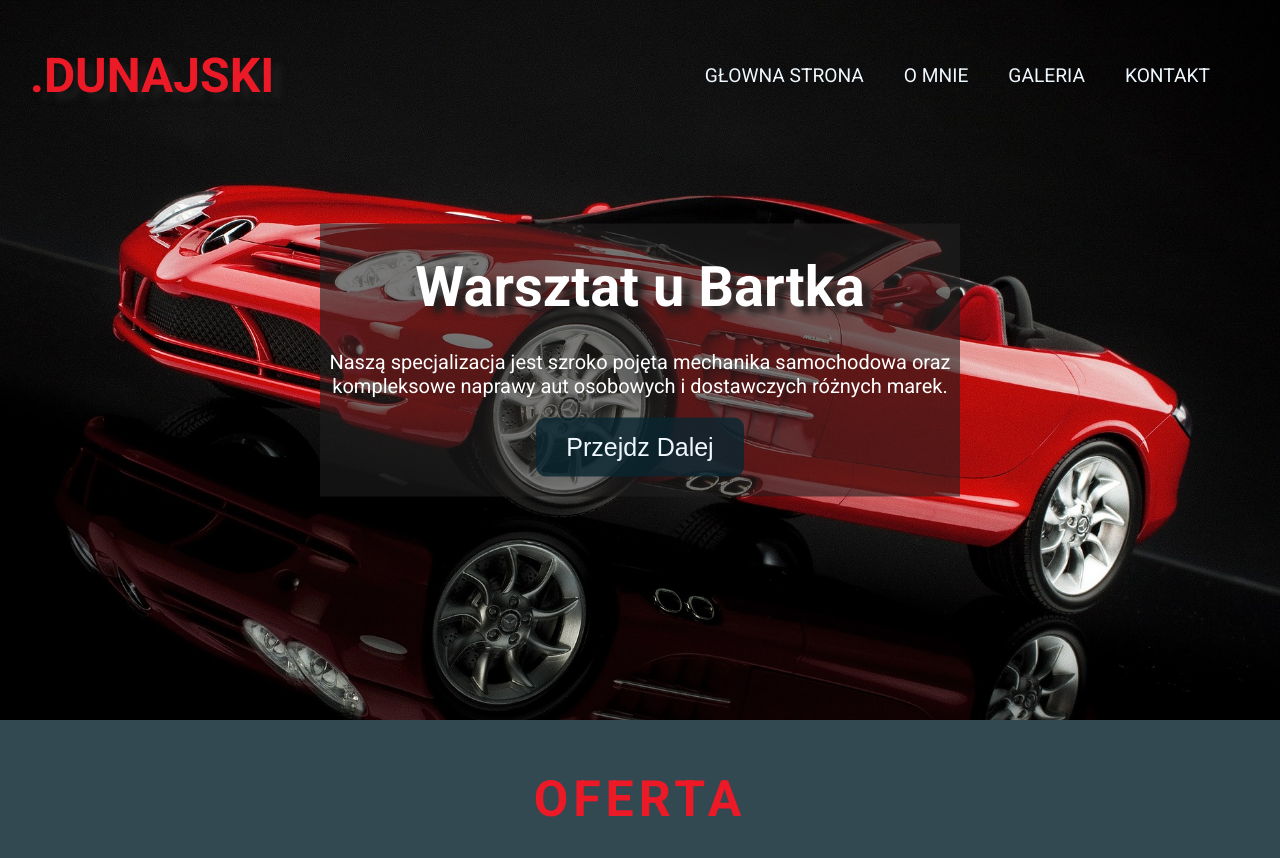
Repository: emas130/car-workshop-website
Page: index.html
An editor plug-in stored every save of this project. The page is shown before and after the next save, followed by the edit.
The browser window is 1280 px wide. The pictures show the part of the page from y = 0 to 858 px (the page is 1578 px tall).
A picture or video elsewhere on the page could not be fetched, so the positions and the page height are approximate. Some web libraries are served in a nearby version.

Above is the page before, as saved 2018-09-27 19:16:58.

### index.html
<!DOCTYPE html>
<html lang="pl">
<head>
<meta name="viewport" content="width=device-width, initial-scale=1.0">
	<meta charset="UTF-8">
	<title>Document</title>
	<link rel="stylesheet" href="https://use.fontawesome.com/releases/v5.3.1/css/all.css" integrity="sha384-mzrmE5qonljUremFsqc01SB46JvROS7bZs3IO2EmfFsd15uHvIt+Y8vEf7N7fWAU" crossorigin="anonymous">
	<link rel="stylesheet" href="style.css">
</head>

<body>
	<header>
		<div class="logo">.DUNAJSKI</div>
		<nav>
			<ul>
				<li class="active"><a href="">Głowna Strona</a></li>
				<li><a href="">O mnie </a></li>
				<li><a href=""> Galeria</a></li>
				<li><a href=""> Kontakt</a></li>
			</ul>
		</nav>
		<div class="menu-toggle">
			<i class="fa fa-bars" aria-hidden="true"></i>
		</div>
	</header>
	<section class="jumbotron">
		<div class="slogan">
			<h2>Warsztat u Bartka</h2>
			<p>Naszą specjalizacja jest szroko pojęta mechanika samochodowa oraz kompleksowe naprawy aut osobowych i dostawczych różnych marek. </p>
			<button>Przejdz Dalej</button>
		</div>
	</section>
	<div class="wraper">
		<h1>Oferta</h1>
		<div class="container">
			<div class="box">
				<div class="imgBox">
					<img src="img/car-1.jpg" alt="klucze">
				</div>
				<div class="content">
					<h2>Zawieszenie</h2>
					<p>Lorem ipsum dolor sit amet, consectetur adipisicing elit. Laboriosam quibusdam culpa magnam animi quam explicabo dolorum, illo dolorem, dolor necessitatibus.</p>
				</div>
			</div>
			<div class="box">
				<div class="imgBox">
					<img src="img/car-2.jpg" alt="klucze">
				</div>
				<div class="content">
					<h2>Wymiana Chamulcy</h2>
					<p>Lorem ipsum dolor sit amet, consectetur adipisicing elit. Laboriosam quibusdam culpa magnam animi quam explicabo dolorum, illo dolorem, dolor necessitatibus.</p>
				</div>
			</div>
			<div class="box">
				<div class="imgBox">
					<img src="img/car-1.jpg" alt="klucze">
				</div>
				<div class="content">
					<h2>Mechanika Pojazdu</h2>
					<p>Lorem ipsum dolor sit amet, consectetur adipisicing elit. Laboriosam quibusdam culpa magnam animi quam explicabo dolorum, illo dolorem, dolor necessitatibus.</p>
				</div>
			</div>
			<div class="box">
				<div class="imgBox">
					<img src="img/car-4.jpg" alt="klucze">
				</div>
				<div class="content">
					<h2>Mechanika Pojazdu</h2>
					<p>Lorem ipsum dolor sit amet, consectetur adipisicing elit. Laboriosam quibusdam culpa magnam animi quam explicabo dolorum, illo dolorem, dolor necessitatibus.</p>
				</div>
			</div>
			<div class="box">
				<div class="imgBox">
					<img src="img/car-5.jpg" alt="klucze">
				</div>
				<div class="content">
					<h2>Mechanika Pojazdu</h2>
					<p>Lorem ipsum dolor sit amet, consectetur adipisicing elit. Laboriosam quibusdam culpa magnam animi quam explicabo dolorum, illo dolorem, dolor necessitatibus.</p>
				</div>
			</div>
			<div class="box">
				<div class="imgBox">
					<img src="img/car-4.jpg" alt="klucze">
				</div>
				<div class="content">
					<h2>Mechanika Pojazdu</h2>
					<p>Lorem ipsum dolor sit amet, consectetur adipisicing elit. Laboriosam quibusdam culpa magnam animi quam explicabo dolorum, illo dolorem, dolor necessitatibus.</p>
				</div>
			</div>

		</div>
	</div>

	<footer>Copywriting &copy; Bartosz Dunajski</footer>
	<script src="https://code.jquery.com/jquery-3.3.1.js">
	</script>
	<script type="text/javascript">
		// Menu rwd
		$(document).ready(function() {
			$('.menu-toggle').click(function() {
				$('nav').toggleClass('active')
			})
		});

		$('.jumbotron').mousemove(function(e) {
			var moveX = (e.pageX *  -1 /15);
			var moveY = (e.pageY *  -1 /15);
			$(this).css('background-position', moveX + 'px '+  moveY + 'px')
		})
	</script>
</body>

</html>

### style.css
@import url("https://fonts.googleapis.com/css?family=Open+Sans:300, 400,800|Roboto:300,400,700");

* {
	margin: 0;
	padding: 0;
	-webkit-box-sizing: border-box;
	box-sizing: border-box;
}

body {
	font-family: 'Roboto';
	color: white;
	background: rgba(128, 128, 128, 0.21);
}

header {
	position: absolute;
	top: 5%;
	left: 0;
	width: 100%;
	padding-right: 50px;
	font-size: 1.2em;
}

header .logo {
	height: 80px;
	line-height: 80px;
	font-weight: bold;
	float: left;
	margin-left: 30px;
	font-size: 2.5em;
	text-shadow: 9px 7px 7px #1f1d1d;
	color: #ec1927;
}

header nav ul {
	padding: 0;
	margin: 0;
	display: -webkit-box;
	display: -ms-flexbox;
	display: flex;
	-webkit-box-pack: end;
	-ms-flex-pack: end;
	float: right;
}

header nav ul li {
	list-style: none;
}

header nav ul li a {
	color: aliceblue;
	height: 80px;
	line-height: 80px;
	text-decoration: none;
	padding: 2px 20px;
	text-transform: uppercase;
	transition: 0.5s;
}

header nav ul li a:hover {
	background: #ec1927;
}

.menu-toggle {
	display: none;
	float: right;
	cursor: pointer;
	line-height: 80px;
	font-size: 25px;
}
.jumbotron {
	background-image: url(img/mercedes-1391783_1920.jpg);
	background-size: cover;
	background-position: center top;
	height: 100vh;
	overflow: hidden;
	transition: 0.2s;
}

.slogan {
	position: absolute;
	top: 50%;
	left: 50%;
	-webkit-transform: translate(-50%, -50%);
	transform: translate(-50%, -50%);
	text-align: center;
	background: rgba(33, 30, 30, 0.6);
}

.slogan p {
	font-size: 20px;
}

.slogan h2 {
	font-size: 3.5em;
	text-shadow: 9px 7px 7px #1f1d1d;
	padding: 30px;
}

button {
	font-size: 25px;
	border: none;
	padding: 15px 30px;
	border-radius: 10px;
	background: rgba(9, 37, 48, 0.81);
	color: aliceblue;
	margin: 20px;
}

.wraper {
	margin: 0 auto;
	text-align: center;
	background: rgba(9, 37, 48, 0.81);
}

.wraper h1 {
	font-size: 50px;
	letter-spacing: 5px;
	padding-top: 50px;
	color: #ec1927;
	text-transform: uppercase;
}

.container {
	position: relative;
	max-width: 1200px;
	height: 600px;
	margin: 50px auto 0;
}


.container .box {
	position: relative;
	width: 370px;
	background: #262626;
	float: left;
	-webkit-box-sizing: border-box;
	box-sizing: border-box;
	margin: 15px;
	overflow: hidden;
	-webkit-box-shadow: 0 5px 10px rgba(0, 0, 0, 0.8);
	box-shadow: 0 5px 10px rgba(0, 0, 0, 0.8);
}

.container .box::before {
	content: "";
	position: absolute;
	top: 10px;
	right: 10px;
	bottom: 10px;
	left: 10px;
	border-top: 1px solid #fff;
	border-bottom: 1px solid #fff;
	-webkit-transition: 0.9s;
	transition: 0.9s;
	-webkit-transform: scaleX(0);
	transform: scaleX(0);
	-webkit-box-sizing: border-box;
	box-sizing: border-box;
	opacity: 0;
	z-index: 1;
}

.container .box:hover:before {
	-webkit-transform: scale(1);
	transform: scale(1);
	opacity: 1;
}

.container .box::after {
	content: "";
	position: absolute;
	top: 10px;
	right: 10px;
	bottom: 10px;
	left: 10px;
	border-left: 1px solid #fff;
	border-right: 1px solid #fff;
	-webkit-transition: 0.9s;
	transition: 0.9s;
	-webkit-transform: scaleX(0);
	transform: scaleY(0);
	-webkit-box-sizing: border-box;
	box-sizing: border-box;
	opacity: 0;
	z-index: 1;
}

.container .box:hover:after {
	-webkit-transform: scaleY(1);
	transform: scale(1);
	opacity: 1;
}

.container .box .imgBox {
	position: relative;
}

.container .box .imgBox img {
	width: 100%;
	-webkit-transition: 0.5s;
	transition: 0.5s;
}

.container .box .content {
	position: absolute;
	width: 100%;
	top: 50%;
	transform: translateY(-50%);
	z-index: 2;
	padding: 20px;
	text-align: center;
}

.container .box .content h2 {
	margin: 30px;
	padding: 0;
	color: #fff;
	transition: 0.5s;
	transform: translateY(-50%);
	opacity: 0;
	visibility: hidden;
}

.container .box .content p {
	margin: 10px;
	padding: 0;
	color: #fff;
	transition: 0.5s;
	transform: translateY(-50%);
	opacity: 0;
	visibility: hidden;
}

.container .box:hover .content * {
	opacity: 1;
	visibility: visible;
}

.container .box:hover .imgBox img {
	opacity: 0.2;
	transform: scale(1.2);
}

footer {
	height: 100px;
	width: 100%;
	background: #ec1927;
	text-align: center;
	line-height: 100px;
	font-size: 25px;
}




@media(max-width: 768px) {

	header {
		padding: 0 20px;
	}
	.menu-toggle {
		display: block;
	}

	header nav {
		width: 100%;
		position: absolute;
		top: 80px;
		left: -100%;
		-webkit-transition: 0.5s;
		transition: 0.5s;
		background: #262626cc;
	}

	header nav.active {
		left: 0;
	}

	header nav ul {
		display: block;
		text-align: center;
		width: 100%;
		top: 0;
	}

	header nav ul li  {
		border-bottom: 3px solid rgba(22, 23, 23, 0.87);
	}

	.slogan {
		display: none;
	}
}

After the next save:
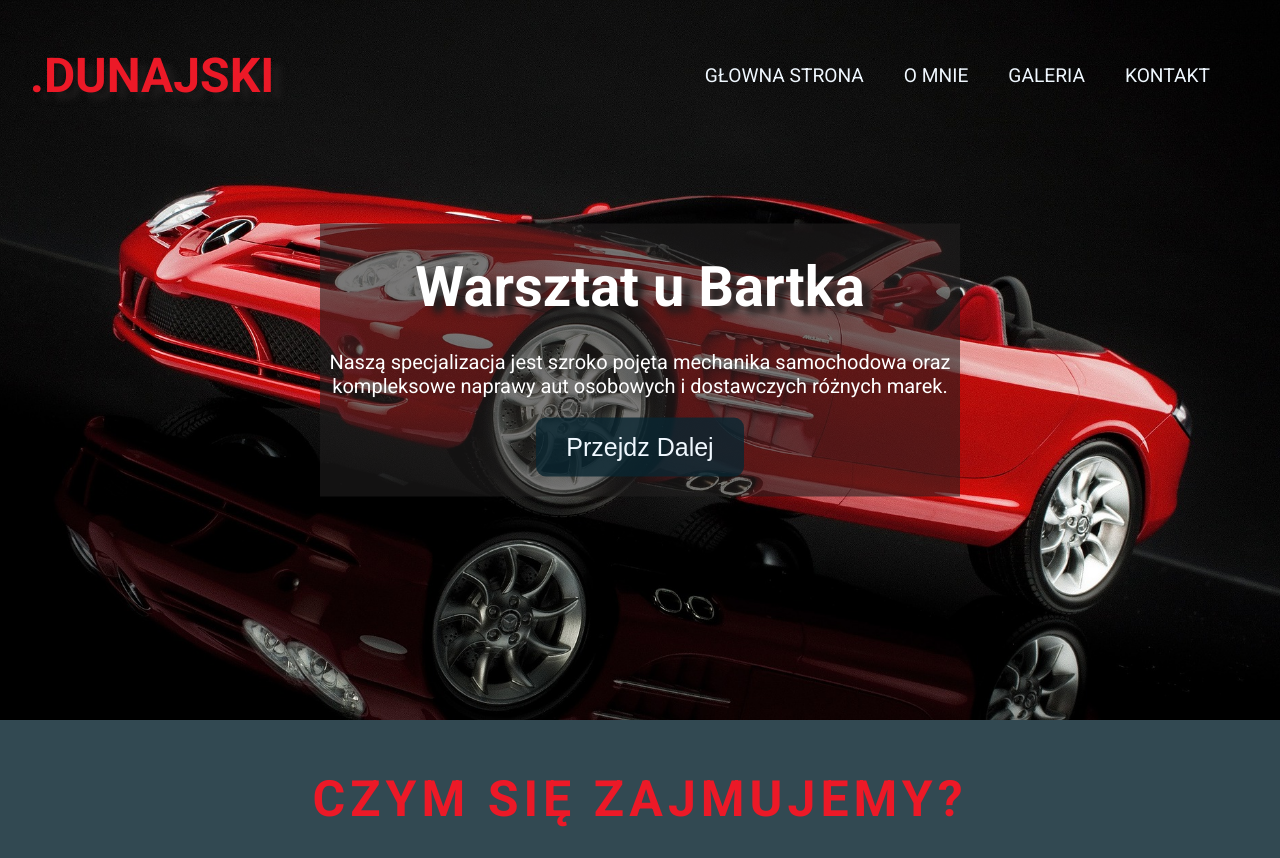
Saved 4 min 8 s later.
--- a/index.html
+++ b/index.html
@@ -31,7 +31,7 @@
 		</div>
 	</section>
 	<div class="wraper">
-		<h1>Oferta</h1>
+		<h1>Czym się zajmujemy?</h1>
 		<div class="container">
 			<div class="box">
 				<div class="imgBox">
